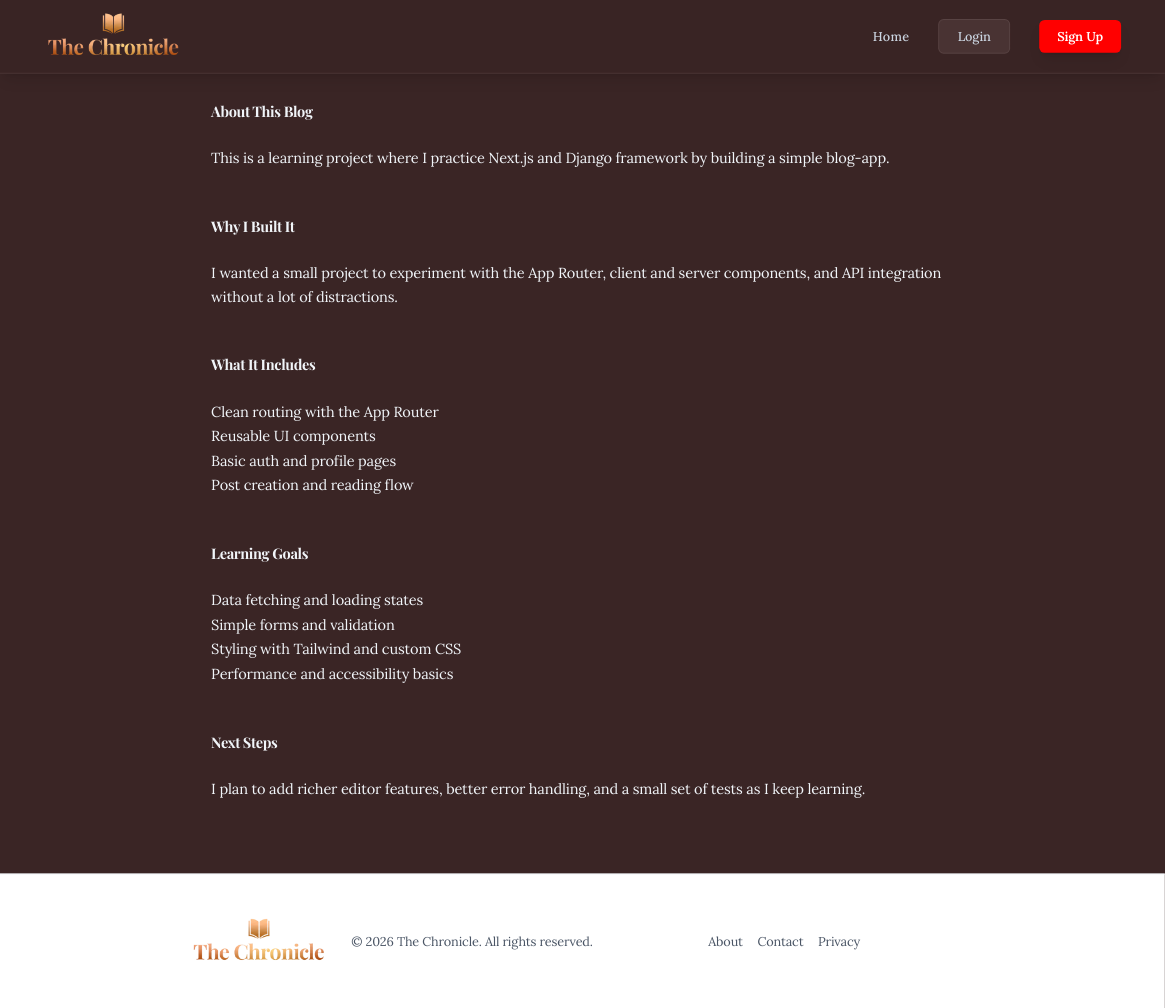
Repository: swaruplamsal/BasicBlogApp
Page: /about (app in blog-frontend/)
These files come from the project's save history. The page is drawn as it stood at one moment and after a run of saves; the edit follows.
The browser window is 1280 px wide. The pictures show the whole page, at 91% of full size.
The page's requests for data from a server got no answer. The project was rebuilt for these pictures with package versions that can differ from the ones it lists, and the page was loaded fresh each time. The framework's server and built-in components were replaced by stand-ins that run in the browser. No one was signed in, and anything a server would have sent is missing. Also part of the build but not shown: blog-frontend/next.config.mjs, blog-frontend/app/components/Avatar.js.

Above is the page before, as saved 2026-02-07 20:52:13.

### blog-frontend/app/layout.js
// app/layout.js
import { Lora, Playfair_Display } from "next/font/google";
import { AuthProvider } from "./context/AuthContext";
import { generateSiteMetadata } from "../lib/metadata";
import "./globals.css";

export const metadata = generateSiteMetadata();

const lora = Lora({
  subsets: ["latin"],
  weight: ["400", "500", "600", "700"],
  variable: "--font-lora",
});

const playfair = Playfair_Display({
  subsets: ["latin"],
  weight: ["400", "500", "600", "700", "900"],
  variable: "--font-playfair",
});

export default function RootLayout({ children }) {
  return (
    <html lang="en">
      <body className={`${lora.variable} ${playfair.variable}`}>
        <AuthProvider>{children}</AuthProvider>
      </body>
    </html>
  );
}

### blog-frontend/app/about/page.js
import Navbar from "../components/Navbar";
import Footer from "../components/Footer";

const sectionStyle = {
  marginTop: "1.5rem",
};

export default function About() {
  return (
    <div className="dark:bg-sky-950">
      <Navbar />
      <main style={{ padding: "2rem", maxWidth: "880px", margin: "0 auto" }}>
        <h1>About This Blog</h1>
        <br />

        <p>
          This is a learning project where I practice Next.js and Django
          framework by building a simple blog-app.
        </p>
        <br />
        <section style={sectionStyle}>
          <h2>Why I Built It</h2>
          <br />
          <p>
            I wanted a small project to experiment with the App Router, client
            and server components, and API integration without a lot of
            distractions.
          </p>
        </section>
        <br />

        <section style={sectionStyle}>
          <h2>What It Includes</h2>
          <br />
          <ul>
            <li>Clean routing with the App Router</li>
            <li>Reusable UI components</li>
            <li>Basic auth and profile pages</li>
            <li>Post creation and reading flow</li>
          </ul>
        </section>
        <br />

        <section style={sectionStyle}>
          <h2>Learning Goals</h2>
          <br />
          <ul>
            <li>Data fetching and loading states</li>
            <li>Simple forms and validation</li>
            <li>Styling with Tailwind and custom CSS</li>
            <li>Performance and accessibility basics</li>
          </ul>
        </section>
        <br />

        <section style={sectionStyle}>
          <h2>Next Steps</h2>
          <br />
          <p>
            I plan to add richer editor features, better error handling, and a
            small set of tests as I keep learning.
          </p>
        </section>
      </main>
      <Footer />
    </div>
  );
}

### blog-frontend/app/context/AuthContext.js
"use client";

import { createContext, useContext, useState, useEffect } from "react";
import { authApi } from "../../lib/api";

const AuthContext = createContext();

// Helper function to get initial state from localStorage
function getInitialAuth() {
  if (typeof window === "undefined") {
    return { token: null, user: null };
  }

  const savedToken = localStorage.getItem("token");
  const savedUser = localStorage.getItem("user");

  return {
    token: savedToken || null,
    user: savedUser ? JSON.parse(savedUser) : null,
  };
}

export function AuthProvider({ children }) {
  const [user, setUser] = useState(() => getInitialAuth().user);
  const [token, setToken] = useState(() => getInitialAuth().token);

  // Sync user data with backend on mount if token exists
  useEffect(() => {
    if (typeof window === "undefined" || !token) return;

    const syncUserData = async () => {
      try {
        const completeUser = await authApi.getCurrentUser();
        setUser(completeUser);
        localStorage.setItem("user", JSON.stringify(completeUser));
      } catch (error) {
        // If sync fails, user might be logged out - clear auth state
        setToken(null);
        setUser(null);
        localStorage.removeItem("token");
        localStorage.removeItem("user");
      }
    };

    syncUserData();
  }, [token]);

  const login = async (username, password) => {
    try {
      const data = await authApi.login(username, password);

      setToken(data.token);
      localStorage.setItem("token", data.token);

      // Fetch complete user data including profile
      try {
        const completeUser = await authApi.getCurrentUser();
        setUser(completeUser);
        localStorage.setItem("user", JSON.stringify(completeUser));
      } catch (profileError) {
        // Fallback to basic user data if profile fetch fails
        setUser(data.user);
        localStorage.setItem("user", JSON.stringify(data.user));
      }

      return { success: true };
    } catch (error) {
      return { success: false, error: error.message };
    }
  };

  const signup = async (username, email, password) => {
    try {
      const data = await authApi.signup(username, email, password);

      setToken(data.token);
      setUser(data.user);
      localStorage.setItem("token", data.token);
      localStorage.setItem("user", JSON.stringify(data.user));
      return { success: true };
    } catch (error) {
      return { success: false, error: error.message };
    }
  };

  const logout = () => {
    setToken(null);
    setUser(null);
    localStorage.removeItem("token");
    localStorage.removeItem("user");
  };

  const refreshUser = async () => {
    if (!token) return;

    try {
      const completeUser = await authApi.getCurrentUser();
      setUser(completeUser);
      localStorage.setItem("user", JSON.stringify(completeUser));
    } catch (error) {
      console.log("Failed to refresh user data:", error.message);
    }
  };

  return (
    <AuthContext.Provider
      value={{ user, token, login, signup, logout, refreshUser }}
    >
      {children}
    </AuthContext.Provider>
  );
}

export function useAuth() {
  return useContext(AuthContext);
}

### blog-frontend/lib/metadata.js
// Helper functions for generating metadata

export const generateSiteMetadata = () => ({
  title: {
    template: "%s | The Chronicle",
    default: "The Chronicle - Where Stories Matter",
  },
  description:
    "Discover thoughtful perspectives, compelling narratives, and insights that challenge the ordinary.",
  keywords: ["blog", "stories", "articles", "writing", "chronicle"],
  authors: [{ name: "The Chronicle Team" }],
  openGraph: {
    type: "website",
    locale: "en_US",
    siteName: "The Chronicle",
  },
  twitter: {
    card: "summary_large_image",
  },
  // Fallback favicon / site icon. Place a file at public/favicon.png (or /favicon.ico)
  icons: {
    icon: "/favicon.png",
    apple: "/favicon.png",
  },
});

export const generatePostMetadata = (post) => {
  if (!post) return {};

  return {
    title: post.title,
    description: post.content.substring(0, 160) + "...",
    keywords: post.tags?.map((tag) => tag.name) || [],
    authors: [{ name: post.author?.username || "Anonymous" }],
    openGraph: {
      title: post.title,
      description: post.content.substring(0, 160) + "...",
      type: "article",
      publishedTime: post.created_at,
      modifiedTime: post.updated_at,
      authors: [post.author?.username || "Anonymous"],
      tags: post.tags?.map((tag) => tag.name) || [],
    },
    twitter: {
      card: "summary_large_image",
      title: post.title,
      description: post.content.substring(0, 160) + "...",
    },
  };
};

### blog-frontend/app/globals.css
@import "tailwindcss";

@layer base {
  :root {
    /* Bold Editorial Theme - Color Hunt Palette */
    --background: #3a2525;
    --background-elevated: #4a3535;
    --background-hover: #5a4545;
    --foreground: #f1f5f9;
    --foreground-muted: #cbd5e1;
    --foreground-subtle: #94a3b8;

    /* Accent Colors */
    --accent: #ff0000;
    --accent-hover: #cc0000;
    --accent-light: #ff3333;
    --accent-secondary: #9e2a2a;
    --navy: #000080;
    --navy-hover: #0000a0;

    /* Borders & Dividers */
    --border: #5a4545;
    --border-light: #6a5555;

    /* Semantic Colors */
    --success: #10b981;
    --error: #ff0000;
    --warning: #ff0000;
  }

  body {
    background: var(--background);
    color: var(--foreground);
    font-family:
      var(--font-lora),
      -apple-system,
      BlinkMacSystemFont,
      "Segoe UI",
      Roboto,
      sans-serif;
    line-height: 1.7;
    -webkit-font-smoothing: antialiased;
    -moz-osx-font-smoothing: grayscale;
    letter-spacing: -0.011em;
  }

  h1,
  h2,
  h3,
  h4,
  h5,
  h6 {
    font-family: var(--font-playfair), Georgia, serif;
    font-weight: 700;
    line-height: 1.25;
    color: var(--foreground);
    letter-spacing: -0.025em;
  }
}

@layer components {
  /* Custom Scrollbar */
  ::-webkit-scrollbar {
    width: 8px;
  }

  ::-webkit-scrollbar-track {
    background: var(--background);
  }

  ::-webkit-scrollbar-thumb {
    background: var(--accent);
    border-radius: 4px;
  }

  ::-webkit-scrollbar-thumb:hover {
    background: var(--accent-hover);
  }

  /* Smooth transitions */
  * {
    transition-property:
      background-color, border-color, color, fill, stroke, transform, opacity;
    transition-timing-function: cubic-bezier(0.4, 0, 0.2, 1);
    transition-duration: 200ms;
  }

  /* Editorial Utilities */
  .editorial-gradient {
    background: linear-gradient(
      135deg,
      var(--background) 0%,
      var(--background-elevated) 100%
    );
  }

  .text-gradient {
    background: linear-gradient(135deg, #ff0000, #9e2a2a);
    -webkit-background-clip: text;
    -webkit-text-fill-color: transparent;
    background-clip: text;
  }

  .reading-progress {
    position: fixed;
    top: 0;
    left: 0;
    height: 3px;
    background: linear-gradient(90deg, #ff0000, #9e2a2a);
    z-index: 9999;
    transition: width 0.1s ease-out;
  }

  .card-hover {
    transition: all 0.3s cubic-bezier(0.4, 0, 0.2, 1);
  }

  .card-hover:hover {
    transform: translateY(-2px);
    box-shadow: 0 20px 40px -12px rgba(255, 0, 0, 0.2);
    border-color: #6a5555 !important;
  }

  /* Button Styles */
  .btn-primary {
    background-color: #ff0000;
    box-shadow: 0 10px 25px -5px rgba(255, 0, 0, 0.3);
    transition: all 0.3s ease;
  }

  .btn-primary:hover {
    background-color: #cc0000;
    box-shadow: 0 15px 30px -5px rgba(255, 0, 0, 0.4);
  }

  /* Link Styles */
  .link-red {
    color: #ff0000;
    transition: color 0.2s ease;
  }

  .link-red:hover {
    color: #ff3333;
  }

  .link-nav {
    color: #cbd5e1;
    transition: color 0.2s ease;
  }

  .link-nav:hover {
    color: #ff0000;
  }

  /* Article Title */
  .article-title {
    color: #f1f5f9;
    transition: color 0.3s ease;
  }

  .article-title:hover {
    color: #ff0000;
  }

  /* Tag Styles */
  .tag {
    color: #94a3b8;
    background-color: rgba(90, 69, 69, 0.5);
    border: 1px solid rgba(106, 85, 85, 0.5);
    transition: all 0.2s ease;
  }

  .tag:hover {
    border-color: #9e2a2a;
    color: #cbd5e1;
  }
  /* Form Styles */
  .form-input {
    background-color: rgba(90, 69, 69, 0.5);
    border: 1px solid #6a5555;
    color: #f1f5f9;
    transition: all 0.2s ease;
  }

  .form-input:focus {
    outline: none;
    border-color: #ff0000;
    background-color: rgba(90, 69, 69, 0.7);
  }

  .form-label {
    color: #cbd5e1;
  }

  .form-container {
    background-color: rgba(74, 53, 53, 0.5);
    border: 1px solid #5a4545;
  }

  .btn-secondary {
    background-color: rgba(90, 69, 69, 0.8);
    color: #cbd5e1;
    border: 1px solid #6a5555;
    transition: all 0.2s ease;
  }

  .btn-secondary:hover {
    background-color: rgba(90, 69, 69, 1);
    border-color: #7a6565;
  }

  .btn-danger {
    background-color: rgba(158, 42, 42, 0.8);
    color: #fff;
    border: 1px solid #9e2a2a;
    transition: all 0.2s ease;
  }

  .btn-danger:hover {
    background-color: #9e2a2a;
  }

  .btn-success {
    background-color: rgba(16, 185, 129, 0.8);
    color: #fff;
    transition: all 0.2s ease;
  }

  .btn-success:hover {
    background-color: rgb(16, 185, 129);
  }

  /* ========================================
   LOADING & ANIMATION STYLES
   ======================================== */

  /* Shimmer effect for skeleton loaders */
  @keyframes shimmer {
    0% {
      transform: translateX(-100%);
    }
    100% {
      transform: translateX(100%);
    }
  }

  .animate-shimmer {
    animation: shimmer 2s infinite;
  }

  /* Fade in animation */
  @keyframes fade-in {
    from {
      opacity: 0;
    }
    to {
      opacity: 1;
    }
  }

  .animate-fade-in {
    animation: fade-in 0.5s ease-out;
  }

  /* Fade in and slide up animation */
  @keyframes fade-in-up {
    from {
      opacity: 0;
      transform: translateY(20px);
    }
    to {
      opacity: 1;
      transform: translateY(0);
    }
  }

  .animate-fade-in-up {
    animation: fade-in-up 0.6s ease-out;
  }

  /* Scale in animation */
  @keyframes scale-in {
    from {
      opacity: 0;
      transform: scale(0.95);
    }
    to {
      opacity: 1;
      transform: scale(1);
    }
  }

  .animate-scale-in {
    animation: scale-in 0.4s ease-out;
  }

  /* Smooth transitions for all interactive elements */
  .transition-smooth {
    transition: all 0.3s cubic-bezier(0.4, 0, 0.2, 1);
  }
}

### blog-frontend/app/components/Navbar.js
// app/components/Navbar.js
"use client";

import dynamic from "next/dynamic";
import Link from "next/link";
import Image from "next/image";

const NavbarAuth = dynamic(() => import("./NavbarAuth"), { ssr: false });

export default function Navbar() {
  return (
    <nav
      className="sticky top-0 z-50 backdrop-blur-xl border-b shadow-lg"
      style={{
        backgroundColor: "rgba(58, 37, 37, 0.8)",
        borderColor: "rgba(90, 69, 69, 0.5)",
      }}
    >
      <div className="max-w-7xl mx-auto px-6 sm:px-8 lg:px-12">
        <div className="flex justify-between items-center h-20">
          {/* Logo */}
          <Link
            href="/"
            className="group flex items-center gap-3 hover:opacity-80 transition-opacity"
          >
            {/* Replace the inline svg with a logo image from public/images/logo.png */}
            <div>
              <Image
                src="/images/logo.png"
                alt="Editorial logo"
                width={150}
                height={150}
                className="object-cover"
                priority
              />
            </div>
          </Link>

          {/* Nav Links */}
          <div className="flex items-center gap-8">
            <Link
              href="/"
              className="link-nav font-medium text-sm tracking-wide"
            >
              Home
            </Link>
            <NavbarAuth />
          </div>
        </div>
      </div>
    </nav>
  );
}

### blog-frontend/app/components/Footer.js
import Image from "next/image";
import Link from "next/link";
import SocialLinks from "./SocialLinks";

export default function Footer() {
  return (
    <footer className="border-t mt-12 py-8 bg-white dark:bg-gray-900">
      <div className="max-w-4xl mx-auto px-4 flex flex-col md:flex-row items-center justify-between gap-4">
        <div className="flex items-center space-x-3">
          <Link href="/" className="flex items-center">
            <Image
              src="/images/logo.png"
              alt="Logo"
              width={150}
              height={150}
              className="rounded-sm"
            />
          </Link>
          <p className="text-sm text-gray-600 dark:text-gray-300 ml-4">
            © {new Date().getFullYear()} The Chronicle. All rights reserved.
          </p>
        </div>

        <nav className="flex items-center space-x-4">
          <Link
            href="/about"
            className="text-sm text-gray-600 hover:text-red-600 transition-colors duration-200 dark:text-gray-300 dark:hover:text-red-400 active:text-red-900 focus:outline-none focus-visible:ring-2 focus-visible:ring-red-300 rounded"
          >
            About
          </Link>
          <Link
            href="/contact"
            className="text-sm text-gray-600 hover:text-red-600 transition-colors duration-200 dark:text-gray-300 dark:hover:text-red-400 active:text-red-900 focus:outline-none focus-visible:ring-2 focus-visible:ring-red-300 rounded"
          >
            Contact
          </Link>
          <Link
            href="/privacy"
            className="text-sm text-gray-600 hover:text-red-600 transition-colors duration-200 dark:text-gray-300 dark:hover:text-red-400 active:text-red-900 focus:outline-none focus-visible:ring-2 focus-visible:ring-red-300 rounded"
          >
            Privacy
          </Link>
        </nav>

        <div>
          <SocialLinks />
        </div>
      </div>
    </footer>
  );
}

### blog-frontend/app/components/SocialLinks.js
"use client";

import Link from "next/link";

export default function SocialLinks({ website, twitter, github, linkedin }) {
  const links = [
    {
      name: "Website",
      value: website,
      href: website,
      icon: (
        <svg
          className="w-5 h-5"
          fill="none"
          stroke="currentColor"
          viewBox="0 0 24 24"
        >
          <path
            strokeLinecap="round"
            strokeLinejoin="round"
            strokeWidth={2}
            d="M21 12a9 9 0 01-9 9m9-9a9 9 0 00-9-9m9 9H3m9 9a9 9 0 01-9-9m9 9c1.657 0 3-4.03 3-9s-1.343-9-3-9m0 18c-1.657 0-3-4.03-3-9s1.343-9 3-9m-9 9a9 9 0 019-9"
          />
        </svg>
      ),
    },
    {
      name: "Twitter",
      value: twitter,
      href: twitter ? `https://twitter.com/${twitter}` : null,
      icon: (
        <svg className="w-5 h-5" fill="currentColor" viewBox="0 0 24 24">
          <path d="M18.244 2.25h3.308l-7.227 8.26 8.502 11.24H16.17l-5.214-6.817L4.99 21.75H1.68l7.73-8.835L1.254 2.25H8.08l4.713 6.231zm-1.161 17.52h1.833L7.084 4.126H5.117z" />
        </svg>
      ),
    },
    {
      name: "GitHub",
      value: github,
      href: github ? `https://github.com/${github}` : null,
      icon: (
        <svg className="w-5 h-5" fill="currentColor" viewBox="0 0 24 24">
          <path
            fillRule="evenodd"
            d="M12 2C6.477 2 2 6.484 2 12.017c0 4.425 2.865 8.18 6.839 9.504.5.092.682-.217.682-.483 0-.237-.008-.868-.013-1.703-2.782.605-3.369-1.343-3.369-1.343-.454-1.158-1.11-1.466-1.11-1.466-.908-.62.069-.608.069-.608 1.003.07 1.531 1.032 1.531 1.032.892 1.53 2.341 1.088 2.91.832.092-.647.35-1.088.636-1.338-2.22-.253-4.555-1.113-4.555-4.951 0-1.093.39-1.988 1.029-2.688-.103-.253-.446-1.272.098-2.65 0 0 .84-.27 2.75 1.026A9.564 9.564 0 0112 6.844c.85.004 1.705.115 2.504.337 1.909-1.296 2.747-1.027 2.747-1.027.546 1.379.202 2.398.1 2.651.64.7 1.028 1.595 1.028 2.688 0 3.848-2.339 4.695-4.566 4.943.359.309.678.92.678 1.855 0 1.338-.012 2.419-.012 2.747 0 .268.18.58.688.482A10.019 10.019 0 0022 12.017C22 6.484 17.522 2 12 2z"
            clipRule="evenodd"
          />
        </svg>
      ),
    },
    {
      name: "LinkedIn",
      value: linkedin,
      href: linkedin ? `https://linkedin.com/in/${linkedin}` : null,
      icon: (
        <svg className="w-5 h-5" fill="currentColor" viewBox="0 0 24 24">
          <path d="M20.447 20.452h-3.554v-5.569c0-1.328-.027-3.037-1.852-3.037-1.853 0-2.136 1.445-2.136 2.939v5.667H9.351V9h3.414v1.561h.046c.477-.9 1.637-1.85 3.37-1.85 3.601 0 4.267 2.37 4.267 5.455v6.286zM5.337 7.433c-1.144 0-2.063-.926-2.063-2.065 0-1.138.92-2.063 2.063-2.063 1.14 0 2.064.925 2.064 2.063 0 1.139-.925 2.065-2.064 2.065zm1.782 13.019H3.555V9h3.564v11.452zM22.225 0H1.771C.792 0 0 .774 0 1.729v20.542C0 23.227.792 24 1.771 24h20.451C23.2 24 24 23.227 24 22.271V1.729C24 .774 23.2 0 22.222 0h.003z" />
        </svg>
      ),
    },
  ];

  const activeLinks = links.filter((link) => link.value);

  if (activeLinks.length === 0) {
    return null;
  }

  return (
    <div className="flex flex-wrap gap-3">
      {activeLinks.map((link) => (
        <a
          key={link.name}
          href={link.href}
          target="_blank"
          rel="noopener noreferrer"
          className="flex items-center gap-2 px-4 py-2 bg-slate-800/50 rounded-lg border border-slate-700/50 hover:border-red-600/50 hover:bg-slate-800 transition-all text-slate-400 hover:text-red-400"
          title={link.name}
        >
          {link.icon}
          <span className="text-sm">{link.name}</span>
        </a>
      ))}
    </div>
  );
}

Loaded but not shown: blog-frontend/lib/api.js (library); blog-frontend/app/components/NavbarAuth.js (180 lines, source omitted)

After the next 2 saves:
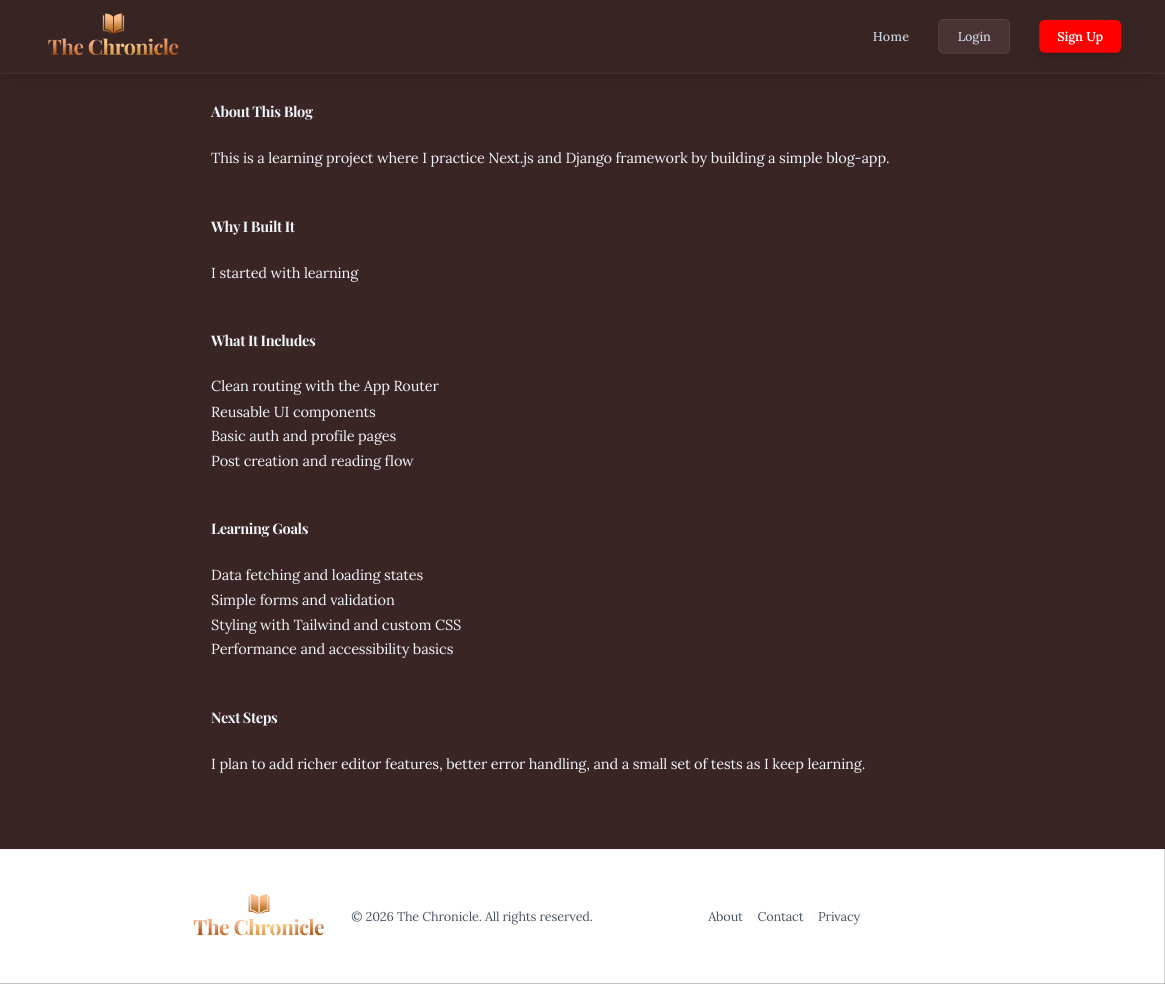
The 2 saves are shown as one change because they came seconds apart.
The last was saved 15 s later.
--- a/blog-frontend/app/about/page.js
+++ b/blog-frontend/app/about/page.js
@@ -22,9 +22,7 @@ export default function About() {
           <h2>Why I Built It</h2>
           <br />
           <p>
-            I wanted a small project to experiment with the App Router, client
-            and server components, and API integration without a lot of
-            distractions.
+            I started with learning
           </p>
         </section>
         <br />
